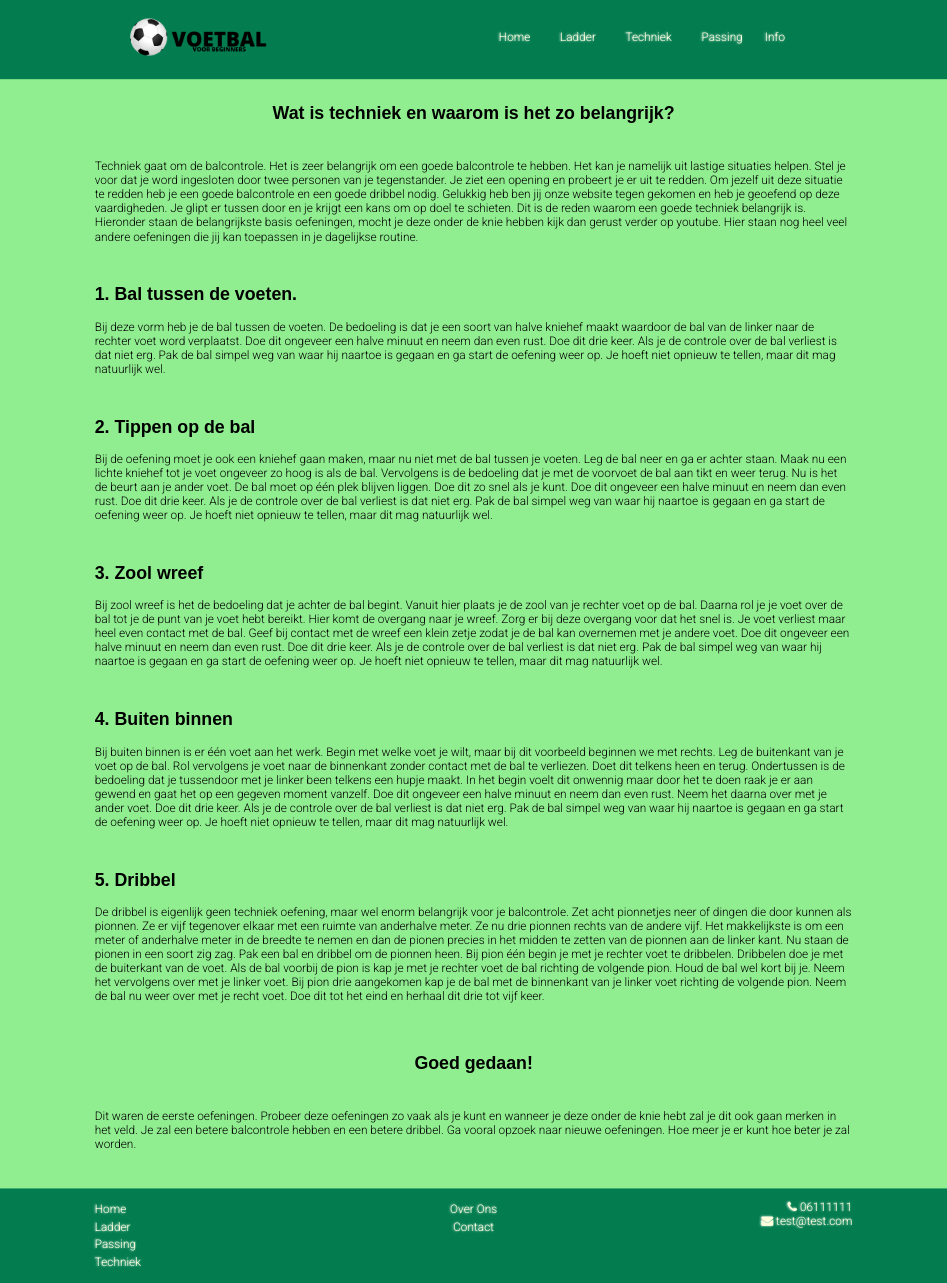
Repository: KelvinOxfoort/Start
Page: techniek.html
The author's editor kept a record of every edit. The page is drawn from the files as they stood at one moment, then again after the next edit.
The browser window is 1280 px wide. The pictures show the whole page, at 74% of full size.
Some web fonts or font styles are not loaded; a fallback is used.

Above is the page before.

After the next edit:
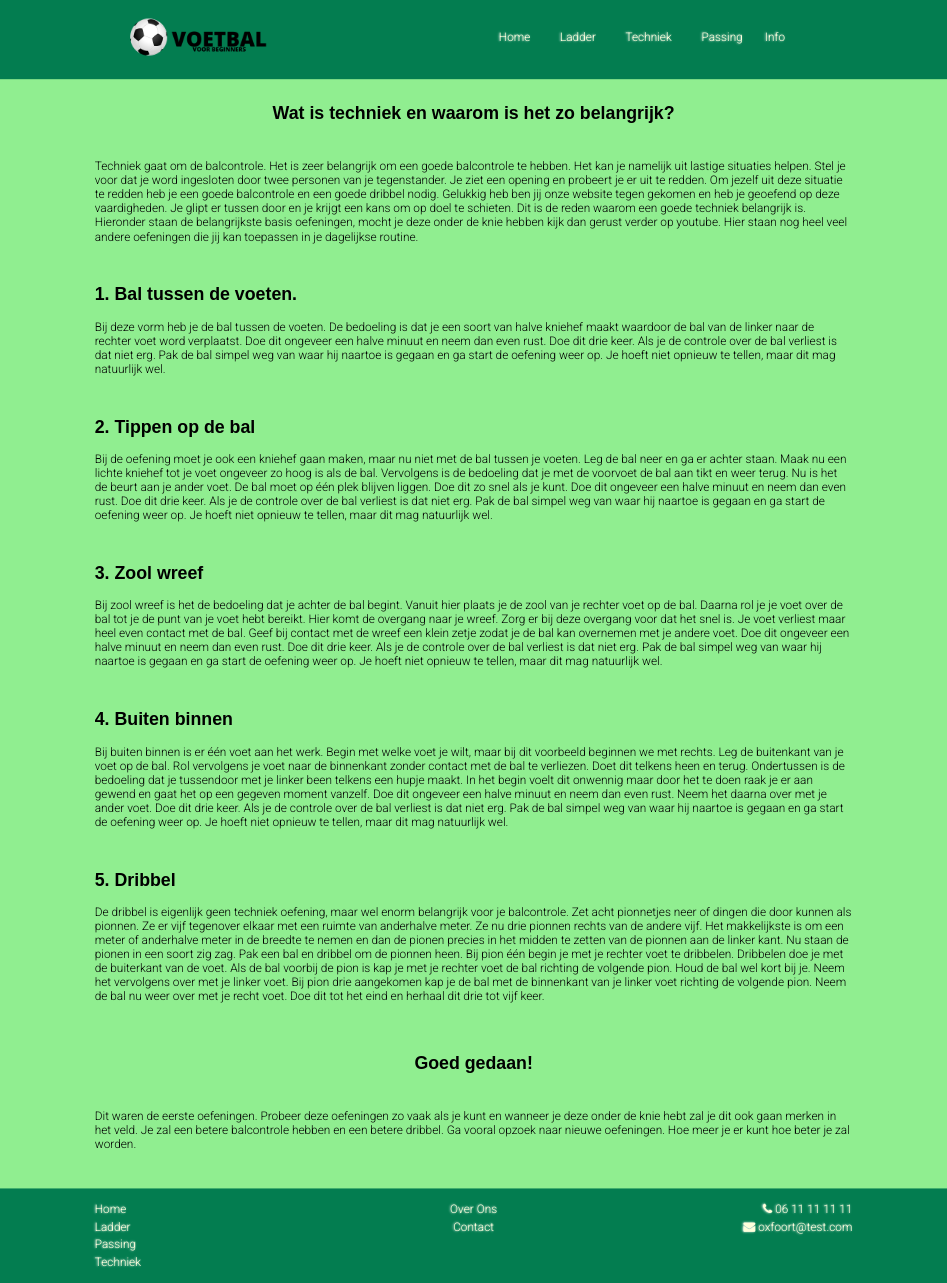
The edit:
--- a/techniek.html
+++ b/techniek.html
@@ -92,9 +92,9 @@
                 <li><a href="contact.html">Contact</a></li>
             </ul>
             <ul class="footercontact">
-                <li><i class="fa fa-phone"></i> 06111111</a>
+                <li><i class="fa fa-phone"></i> <a href="tel:0611111111">06 11 11 11 11</a>
                 </li>
-                <li><i class="fa fa-envelope"></i> test@test.com</a>
+                <li><i class="fa fa-envelope"></i> <a href="mailto:oxfoort@test.com">oxfoort@test.com</a>
                 </li>
             </ul>
         </div>
